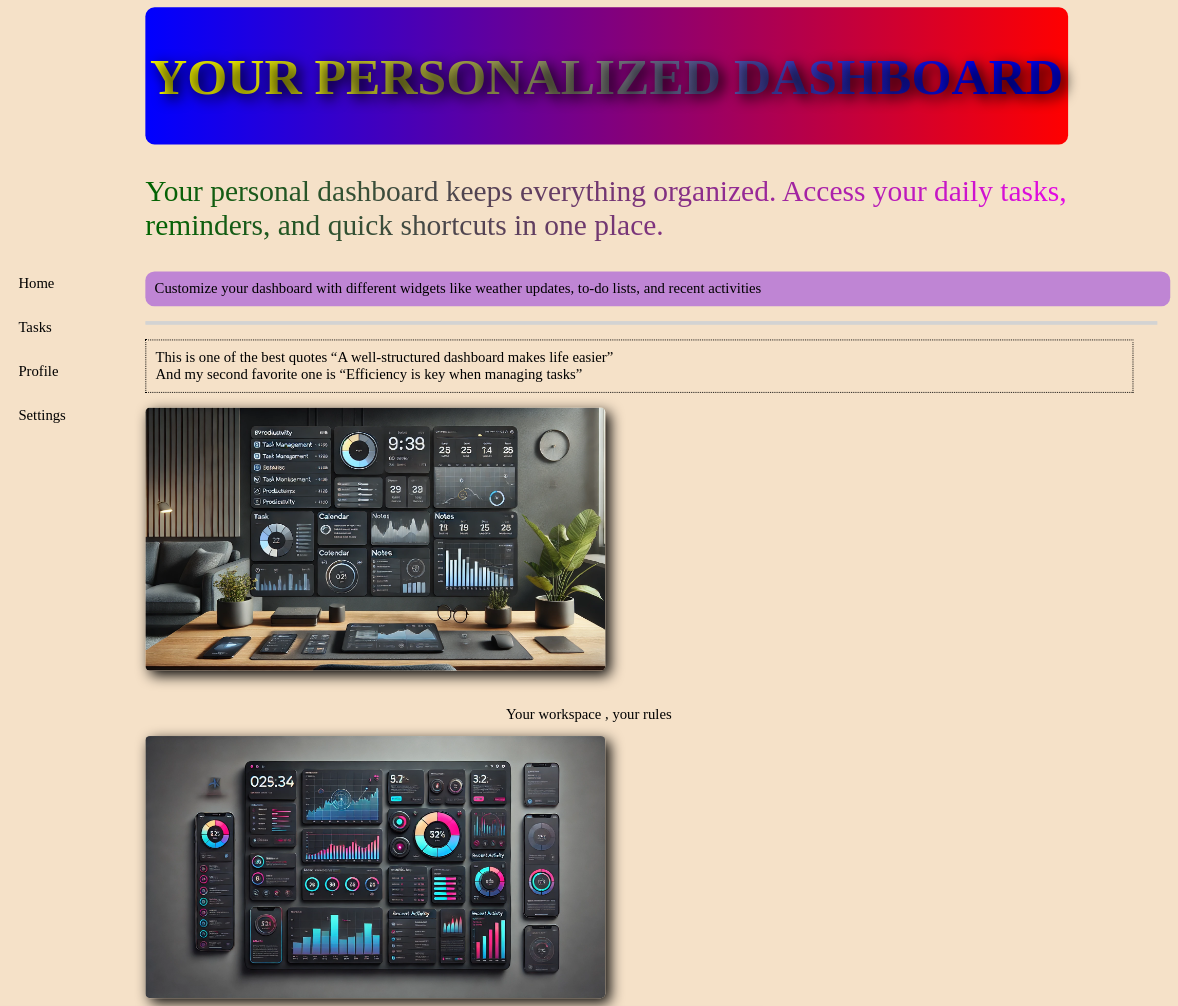
Repository: Parnicoza/testecomplete
Page: testcomplet-14.html
These files come from the project's save history. The page is drawn as it stood at one moment and after the next save; the edit follows.
The browser window is 1280 px wide. The pictures show the whole page, at 92% of full size.

Above is the page before, as saved 2025-02-24 19:23:26.

### testcomplet-14.html
<!DOCTYPE html>
<html lang="en">

<head>
    <title>Personal Dashboard</title>
    <link rel="stylesheet" href="stilizaretestcomplet-14.css">
    <link rel="icon" href="imaginitestecomplete/dashboard.ico">
</head>

<body>
    <div class="background-for-the-heading">
        <h1 class="main-heading">Your Personalized Dashboard</h1>
    </div>

    <p class="paragraph-gradient">Your personal dashboard keeps everything organized. Access your daily tasks,
        reminders, and quick shortcuts in one place.</p>

    <p class="semi-transparent-background">Customize your dashboard with different widgets like weather updates,
        to-do lists, and recent activities</p>

    <hr class="divider">

    <blockquote class="quote">
        This is one of the best quotes <q>A well-structured dashboard makes life easier</q> <br>
        And my second favorite one is <q>Efficiency is key when managing tasks</q>
    </blockquote>

    <img src="imaginitestecomplete/productivity.jpg" alt="productivity image" width="500 px" class="image"
        title="Productivity image">

    <picture class="picture">
        <source media="(min-width: 800px)" srcset="imaginitestecomplete/dashboard.jpg">
        <source media="(min-width: 600px)" srcset="imaginitestecomplete/dashboardfortablets.jpg">
        <source media="(min-width: 400px)" srcset="imaginitestecomplete/dashboardformobile.jpg">
        <div style="text-align: center; margin: 15px; margin-top: 20px;">
            <caption class="caption">Your workspace , your rules</caption>
        </div>
        <img src="imaginitestecomplete/dashboardfallback.jpg" alt="dashboard image" width="500 px" class="image"
            title="Dashboard image">
    </picture>

    <div class="Dashboard">
        <div class="sidebar">
            <ul class="list">
                <li>Home</li>
                <li>Tasks</li>
                <li>Profile</li>
                <li>Settings</li>
            </ul>
        </div>
    </div>
</body>

</html>

### stilizaretestcomplet-14.css
body{
    background-color: #F5E1C8;
}

.main-heading{
    text-align: center;
    text-transform: uppercase;
    text-shadow: 5px 5px 15px black;
    font-size: 3.5em;
    background: linear-gradient(to right, yellow 0%, yellow 10%, blue 90%, blue 100%);
    background-clip: text;
    color: transparent;
}

.background-for-the-heading{
    background: linear-gradient(to right, blue, red);
    width: fit-content;
    margin: auto;
    padding: 5px;
    border-radius: 10px;
    margin-left: 150px;
}

.paragraph-gradient{
    background: linear-gradient(to right, darkgreen, magenta);
    background-clip: text;
    color: transparent;
    font-size: 2em;
    margin-left: 150px;
}

.semi-transparent-background{
    background-color: rgba(138, 43, 226, 0.5);
    border-radius: 10px;
    padding: 10px;
    color: black;
    margin-left: 150px;
}
.quote{
    border: 1px dotted black;
    padding: 10px;
    margin-left: 150px;
}

.divider{
    border: none;
    height: 4px;
    background-color: lightgray;
    border: 3pz dotted black;
    margin: 14px;
    margin-left: 150px;
}

.image{
    border-radius: 5px;
    box-shadow: 5px 5px 15px black;
    display: block;
    margin: 0 auto;
    margin-left: 150px;
}

.picture{
    margin-left: 150px;
}

.caption{
    text-align: center;
    font-style: italic;
    font-size: 1.5em;
    display: block;
    margin: 0 auto;
    width: 100%;
}

.Dashboard{
    display: flex;
}

.sidebar{
    display: flex;
    flex-direction: column;
   width: 250px;
   position: fixed;
   left: 0;
   top: 0;
   height: 100vh;
   justify-content: center;
   margin: 20px;
   ba
}

.list{
    list-style-type: none;
    display: flex;
    flex-direction: column;
    gap: 30px;
    padding: 0;
}

.container{
    margin-left: 150px;
}

After the next save:
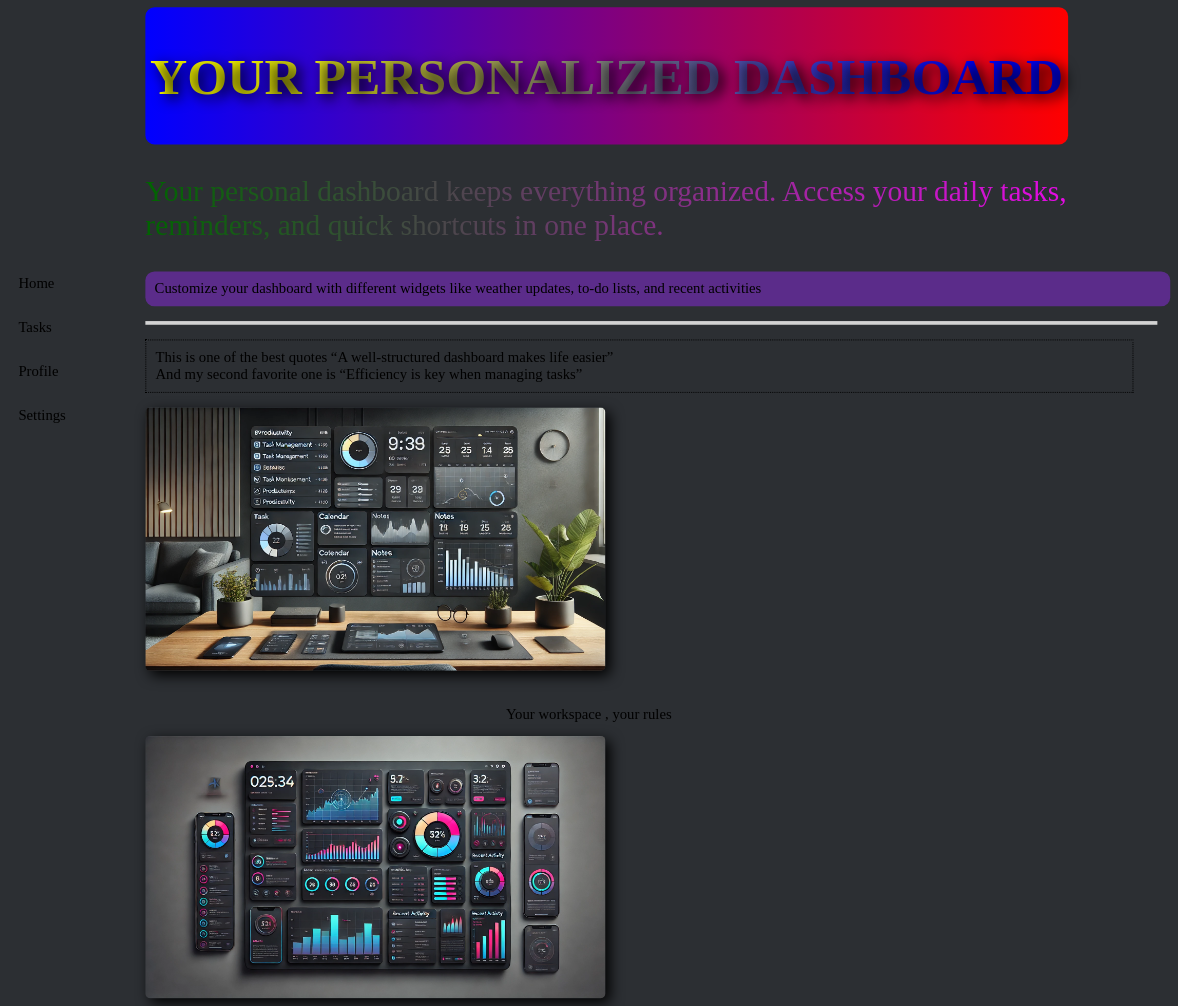
Saved 55 s later.
--- a/stilizaretestcomplet-14.css
+++ b/stilizaretestcomplet-14.css
@@ -1,5 +1,5 @@
 body{
-    background-color: #F5E1C8;
+    background-color: #2C2F33;
 }
 
 .main-heading{
